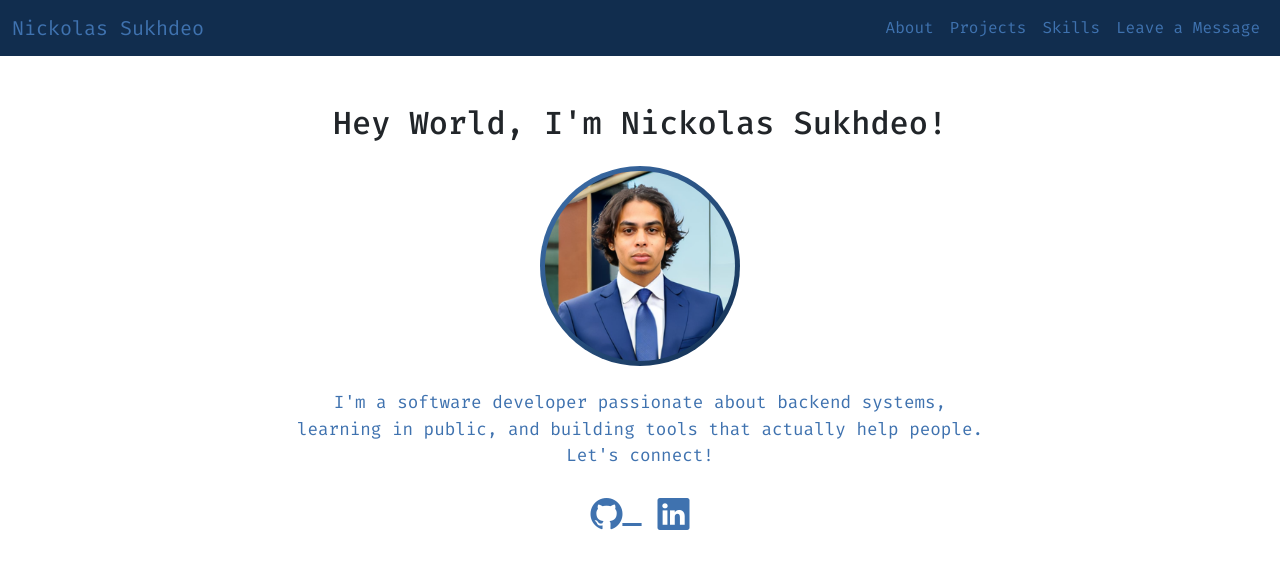
Repository: nlsukhde/porfolio
Page: index.html
An editor plug-in stored every save of this project. The page is shown before and after the next save, followed by the edit.
The browser window is 1280 px wide. The pictures show the whole page.

Above is the page before, as saved 2025-06-19 18:25:32.

### index.html
<!DOCTYPE html>
<html lang="en">
<head>
    <meta charset="UTF-8">
    <meta name="viewport" content="width=device-width, initial-scale=1.0">

    <!-- Google Fonts -->
    <link rel="preconnect" href="https://fonts.googleapis.com">
    <link rel="preconnect" href="https://fonts.gstatic.com" crossorigin>
    <link href="https://fonts.googleapis.com/css2?family=Fira+Code:wght@300..700&family=Raleway:ital,wght@0,100..900;1,100..900&family=Roboto+Condensed:ital,wght@0,100..900;1,100..900&display=swap" rel="stylesheet">

    <!-- Your CSS (must come after fonts) -->
    <link rel="stylesheet" href="app.css">

    <!-- Bootstrap CSS -->
    <link href="https://cdn.jsdelivr.net/npm/bootstrap@5.3.7/dist/css/bootstrap.min.css" rel="stylesheet" integrity="sha384-LN+7fdVzj6u52u30Kp6M/trliBMCMKTyK833zpbD+pXdCLuTusPj697FH4R/5mcr" crossorigin="anonymous">
    <link href="https://cdn.jsdelivr.net/npm/bootstrap-icons@1.10.5/font/bootstrap-icons.css" rel="stylesheet">

    <title>Nickolas Sukhdeo Portfolio</title>
</head>

<body>
    <script src="https://cdn.jsdelivr.net/npm/bootstrap@5.3.7/dist/js/bootstrap.bundle.min.js" integrity="sha384-ndDqU0Gzau9qJ1lfW4pNLlhNTkCfHzAVBReH9diLvGRem5+R9g2FzA8ZGN954O5Q" crossorigin="anonymous"></script>

    <nav class="navbar navbar-expand-lg bg-body-tertiary">
  <div class="container-fluid">
    <a class="navbar-brand" href="#">Nickolas Sukhdeo</a>
    <button class="navbar-toggler" type="button" data-bs-toggle="collapse" data-bs-target="#navbarNav" aria-controls="navbarNav" aria-expanded="false" aria-label="Toggle navigation">
      <span class="navbar-toggler-icon"></span>
    </button>
    <div class="collapse navbar-collapse" id="navbarNav">
      <ul class="navbar-nav ms-auto">
        <li class="nav-item">
          <a class="nav-link active" aria-current="page" href="#">About</a>
        </li>
        <li class="nav-item">
          <a class="nav-link" href="#">Projects</a>
        </li>
        <li class="nav-item">
          <a class="nav-link" href="#">Skills</a>
        </li>
        <li class="nav-item">
          <a class="nav-link" >Leave a Message</a>
        </li>
      </ul>
    </div>
  </div>
</nav>

<section id="about-section" class="text-center container py-5">
  <h2>Hey World, I'm Nickolas Sukhdeo!</h2>

  <div class="headshot-wrapper mx-auto my-4">
    <img src="headshot.png" alt="headshot" class="headshot-img">
  </div>

  <div class="bio px-3">
    <p>
      I'm a software developer passionate about backend systems, learning in public, and building tools that actually help people. Let's connect!
    </p>
  </div>

  <div class="social-links mt-3">
    <a href="https://github.com/YOUR_USERNAME" target="_blank" class="social-icon me-3">
      <i class="bi bi-github"></i>
    </a>
    <a href="https://linkedin.com/in/YOUR_USERNAME" target="_blank" class="social-icon">
      <i class="bi bi-linkedin"></i>
    </a>
  </div>
</section>

</body>
</html>

### app.css
:root {
  --color-bg: #F9F7F7;
  --color-accent: #DBE2EF;
  --color-text: #3F72AF;
  --color-bg-secondary: #112D4E;
}


body{
  background-color: var(--color-bg);
  color: var(--color-text);
  font-family: "Fira Code", monospace !important;
}

.bi {
  font-family: "bootstrap-icons" !important;
  font-style: normal;
  font-weight: normal;
}

.navbar, .navbar-brand, .nav-link {
  font-family: "Fira Code", monospace !important;
  color: var(--color-text) !important;
}

.navbar.bg-body-tertiary {
  background-color: var(--color-bg-secondary) !important;
}


/* Gradient circular headshot */
.headshot-wrapper {
  width: 200px;
  height: 200px;
  border-radius: 50%;
  background: linear-gradient(135deg, #3F72AF, #112D4E);
  padding: 5px;
  overflow: hidden;
  transition: transform 0.3s ease;
}

.headshot-wrapper:hover {
  transform: scale(1.05);
}

.headshot-img {
  width: 100%;
  height: 100%;
  object-fit: cover;
  border-radius: 50%;
  transition: transform 0.3s ease;
}

.headshot-img:hover {
  transform: scale(1.1);
}

/* Bio text */
.bio p {
  max-width: 700px;
  margin: 0 auto;
  font-size: 1.1rem;
  color: var(--color-text);
}

/* Social icon styles */
.social-links {
  font-size: 2rem;
}

.social-icon {
  color: var(--color-text);
  transition: color 0.3s ease;
}

.social-icon:hover {
  color: var(--color-accent);
}

.social-icon .bi {
  font-family: "bootstrap-icons" !important;
  font-style: normal;
  font-weight: normal;
  line-height: 1;
  vertical-align: middle;
}

After the next save:
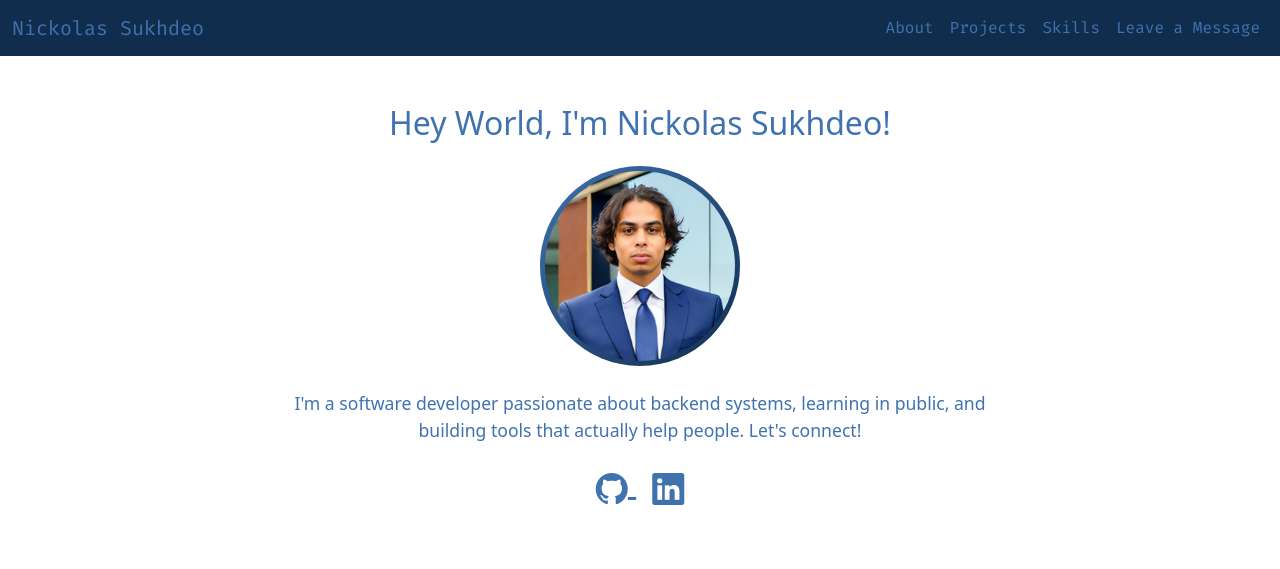
Saved 7 s later.
--- a/app.css
+++ b/app.css
@@ -8,8 +8,8 @@
 
 body{
   background-color: var(--color-bg);
-  color: var(--color-text);
-  font-family: "Fira Code", monospace !important;
+  color: var(--color-text)!important;
+  font-family: "Fira Code", monospace;
 }
 
 .bi {
